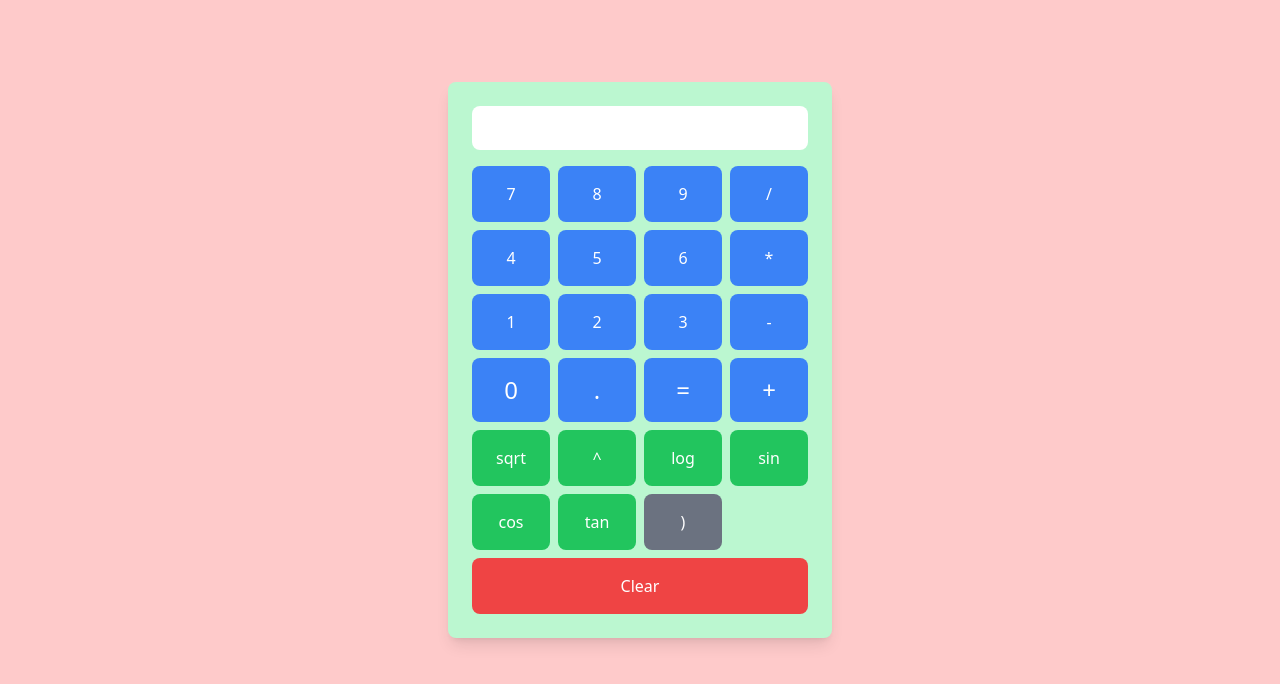
Repository: Sirinegaddour11/Calculator-App
Page: /
An editor plug-in stored every save of this project. The page is shown before and after the next save, followed by the edit.
The browser window is 1280 px wide. The pictures show the whole page.
The project was rebuilt for these pictures with package versions that can differ from the ones it lists, and the page was loaded fresh each time. The framework's server and built-in components were replaced by stand-ins that run in the browser. Also part of the build but not shown: next.config.mjs.

Above is the page before, as saved 2024-09-16 17:14:59.

### app/layout.tsx
import type { Metadata } from "next";
import "./globals.css";

export const metadata: Metadata = {
  title: "Calculator App",
  description: "Generated by me",
};

export default function RootLayout({
  children,
}: Readonly<{
  children: React.ReactNode;
}>) {
  return (
    <html lang="en">
      <body className="bg-red-200">{children}</body>
    </html>
  );
}

### app/page.tsx
import Calculator from "@/components/calculator";
import Image from "next/image";

export default function Home() {
  return (
    <div>
      <Calculator />
    </div>
  );
}

### app/globals.css
@tailwind base;
@tailwind components;
@tailwind utilities;

.dark .three-d {
  text-shadow: 0px 5px 0px #533519;
}
.three-d {
  text-shadow: none;
}
.dark .simplebar-scrollbar ::before {
 background-color: rgb(216, 217, 231);
}

### components/calculator.tsx
"use client";
import React, { useState } from "react";
import { evaluate, parse } from "mathjs"; // Import de mathjs pour les calculs

const Calculator: React.FC = () => {
  const [expression, setExpression] = useState("");
  const [lastButton, setLastButton] = useState<string>("");

  const handleButtonClick = (value: string) => {
    // Gestion des fonctions scientifiques
    if (["sqrt", "log", "sin", "cos", "tan"].includes(value)) {
      if (
        lastButton !== "" &&
        !["(", "+", "-", "*", "/"].includes(lastButton)
      ) {
        // Ajouter un opérateur de multiplication avant la fonction si nécessaire
        setExpression((prevExpression) => prevExpression + "*" + value + "(");
      } else {
        // Ajouter la fonction avec parenthèses
        setExpression((prevExpression) => prevExpression + value + "(");
      }
      setLastButton(value);
    } else if (value === ")") {
      // Gestion des parenthèses fermantes
      if (lastButton === "(") {
        setExpression((prevExpression) => prevExpression.slice(0, -1)); // Retirer le dernier '(' si il n'y a pas de ')' correspondant
      }
      setExpression((prevExpression) => prevExpression + value);
      setLastButton(value);
    } else {
      // Gestion des autres valeurs (chiffres et opérateurs)
      setExpression((prevExpression) => prevExpression + value);
      setLastButton(value);
    }
  };

  const handleCalculate = () => {
    try {
      const result = evaluate(expression);
      setExpression(result.toString());
    } catch (error) {
      setExpression("Error");
    }
  };

  const handleClear = () => {
    setExpression("");
    setLastButton("");
  };

  return (
    <div className="flex justify-center items-center h-screen">
      <div className="w-96 bg-green-200 rounded-lg shadow-lg p-6">
        <input
          type="text"
          className="w-full mb-4 p-2 text-xl text-right bg-white rounded-lg"
          value={expression}
          readOnly
        />
        <div className="grid grid-cols-4 gap-2">
          {["7", "8", "9", "/"].map((value, index) => (
            <button
              key={index}
              className="p-4 bg-blue-500 text-white rounded-lg hover:bg-blue-600"
              onClick={() => handleButtonClick(value)}
            >
              {value}
            </button>
          ))}
          {["4", "5", "6", "*"].map((value, index) => (
            <button
              key={index}
              className="p-4 bg-blue-500 text-white rounded-lg hover:bg-blue-600"
              onClick={() => handleButtonClick(value)}
            >
              {value}
            </button>
          ))}
          {["1", "2", "3", "-"].map((value, index) => (
            <button
              key={index}
              className="p-4 bg-blue-500 text-white rounded-lg hover:bg-blue-600"
              onClick={() => handleButtonClick(value)}
            >
              {value}
            </button>
          ))}
          {["0", ".", "=", "+"].map((value, index) => (
            <button
              key={index}
              className="p-4 bg-blue-500 text-white rounded-lg hover:bg-blue-600 text-2xl"
              onClick={() =>
                value === "=" ? handleCalculate() : handleButtonClick(value)
              }
            >
              {value}
            </button>
          ))}
          {/* Ajout de boutons pour les fonctions scientifiques */}
          {["sqrt", "^", "log", "sin", "cos", "tan"].map((func, index) => (
            <button
              key={index}
              className="p-4 bg-green-500 text-white rounded-lg hover:bg-green-600"
              onClick={() => handleButtonClick(func)}
            >
              {func}
            </button>
          ))}
          <button
            className="p-4 bg-gray-500 text-white rounded-lg hover:bg-gray-600"
            onClick={() => handleButtonClick(")")}
          >
            )
          </button>
          <button
            className="p-4 bg-red-500 text-white rounded-lg hover:bg-red-600 col-span-4"
            onClick={handleClear}
          >
            Clear
          </button>
        </div>
      </div>
    </div>
  );
};

export default Calculator;

Loaded but not shown: tailwind.config.ts (common file)

After the next save:
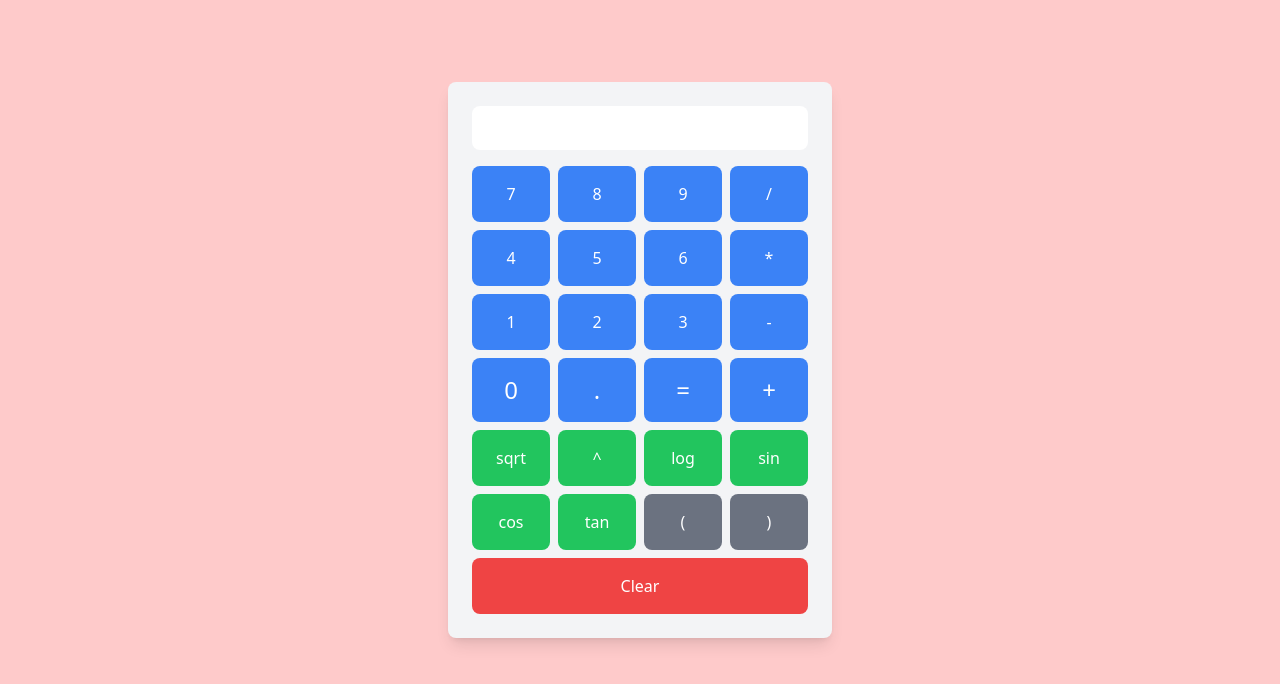
Saved 4 min 54 s later.
--- a/components/calculator.tsx
+++ b/components/calculator.tsx
@@ -1,37 +1,26 @@
 "use client";
 import React, { useState } from "react";
-import { evaluate, parse } from "mathjs"; // Import de mathjs pour les calculs
+import { evaluate } from "mathjs"; // Import de mathjs pour les calculs
 
 const Calculator: React.FC = () => {
-  const [expression, setExpression] = useState("");
+  const [expression, setExpression] = useState<string>("");
   const [lastButton, setLastButton] = useState<string>("");
 
   const handleButtonClick = (value: string) => {
-    // Gestion des fonctions scientifiques
-    if (["sqrt", "log", "sin", "cos", "tan"].includes(value)) {
-      if (
-        lastButton !== "" &&
-        !["(", "+", "-", "*", "/"].includes(lastButton)
-      ) {
-        // Ajouter un opérateur de multiplication avant la fonction si nécessaire
-        setExpression((prevExpression) => prevExpression + "*" + value + "(");
-      } else {
-        // Ajouter la fonction avec parenthèses
-        setExpression((prevExpression) => prevExpression + value + "(");
-      }
-      setLastButton(value);
+    if (["sqrt", "log", "sin", "cos", "tan", "^"].includes(value)) {
+      // Ajoute une fonction scientifique avec une parenthèse ouvrante
+      setExpression((prev) => prev + value + "(");
     } else if (value === ")") {
       // Gestion des parenthèses fermantes
       if (lastButton === "(") {
-        setExpression((prevExpression) => prevExpression.slice(0, -1)); // Retirer le dernier '(' si il n'y a pas de ')' correspondant
+        setExpression((prev) => prev.slice(0, -1)); // Retirer '(' si vide
       }
-      setExpression((prevExpression) => prevExpression + value);
-      setLastButton(value);
+      setExpression((prev) => prev + value);
     } else {
-      // Gestion des autres valeurs (chiffres et opérateurs)
-      setExpression((prevExpression) => prevExpression + value);
-      setLastButton(value);
+      // Gestion des autres boutons
+      setExpression((prev) => prev + value);
     }
+    setLastButton(value);
   };
 
   const handleCalculate = () => {
@@ -50,7 +39,7 @@ const Calculator: React.FC = () => {
 
   return (
     <div className="flex justify-center items-center h-screen">
-      <div className="w-96 bg-green-200 rounded-lg shadow-lg p-6">
+      <div className="w-96 bg-gray-100 rounded-lg shadow-lg p-6">
         <input
           type="text"
           className="w-full mb-4 p-2 text-xl text-right bg-white rounded-lg"
@@ -108,6 +97,12 @@ const Calculator: React.FC = () => {
           ))}
           <button
             className="p-4 bg-gray-500 text-white rounded-lg hover:bg-gray-600"
+            onClick={() => handleButtonClick("(")}
+          >
+            (
+          </button>
+          <button
+            className="p-4 bg-gray-500 text-white rounded-lg hover:bg-gray-600"
             onClick={() => handleButtonClick(")")}
           >
             )
